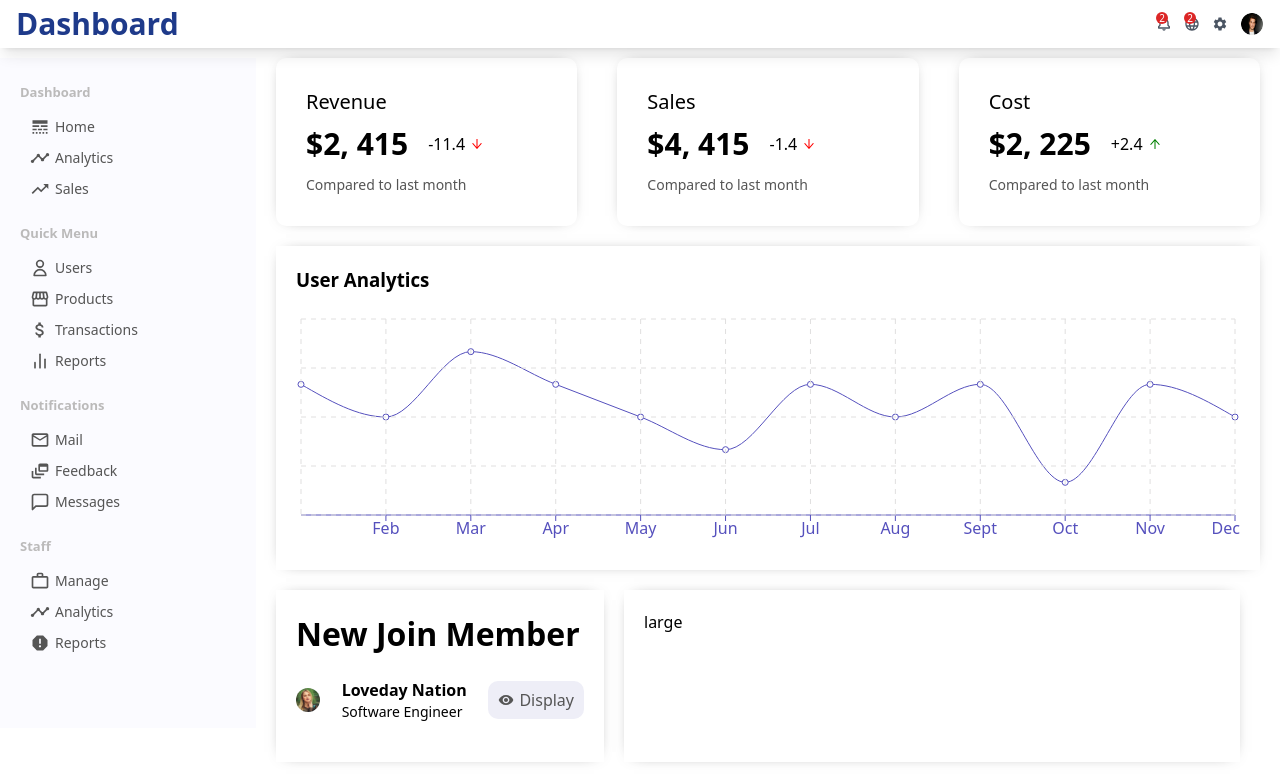
Repository: nation430/React-AdminDashboard
Page: /
The author's editor kept a copy of each file at every save. The page is drawn from the files as they stood at one save, then again after the next save.
The browser window is 1280 px wide. The pictures show the whole page.
The project was rebuilt for these pictures with package versions that can differ from the ones it lists, and the page was loaded fresh each time.

Above is the page before, as saved 2022-08-22 13:21:12.

### public/index.html
<!DOCTYPE html>
<html lang="en">
  <head>
    <meta charset="utf-8" />
    <meta name="viewport" content="width=device-width, initial-scale=1" />
    <meta name="theme-color" content="#000000" />
    <meta
      name="description"
      content="Web site created using create-react-app"
    />
    <link rel="preconnect" href="https://fonts.googleapis.com" />
    <link rel="preconnect" href="https://fonts.gstatic.com" crossorigin />
    <link
      href="https://fonts.googleapis.com/css2?family=Source+Sans+Pro:wght@200;300;400;600;700&display=swap"
      rel="stylesheet"
    />

    <title>React Admin Dashboard</title>
  </head>
  <body>
    <noscript>You need to enable JavaScript to run this app.</noscript>
    <div id="root"></div>
  </body>
</html>

### src/index.css
@tailwind base;
h1 {
  @apply text-2xl;
}
h2 {
  @apply text-xl;
}
h3 {
  @apply text-lg;
}
@tailwind components;
@tailwind utilities;

* {
  margin: 0;
  padding:0;
  box-sizing: border-box;

}

### src/App.js
import Topbar from "./components/topbar/Topbar";
import Sidebar from "./components/sidebar/Sidebar";
import Home from "./pages/home/Home";
import "./app.css";

function App() {
  return (
    <div>
      <Topbar />
      <div className="wrapper flex h-full">
        <Sidebar />
        <Home />
      </div>
    </div>
  );
}

export default App;

### src/components/topbar/Topbar.jsx
import React from "react";
import  "./topbar.css";
import { BiBell } from 'react-icons/bi';
import { MdLanguage, MdSettings  } from "react-icons/md";


export default function Topbar () {
    return(
        <div className="topbar w-full h-12 bg-white sticky top-0 z-50 shadow-lg ">
            <div className="topbarWeapper flex items-center justify-between h-full px-4 py-0">
            <div className="topLeft">
                <span className="logo font-bold text-3xl text-blue-900 cursor-pointer ...">Dashboard</span>
            </div>
            <div className="topRight flex items-center">

                {/* First icon  */}
                <div className="topbarIconsContainer relative cursor-pointer ... ml-3 text-gray-600">
                <BiBell />
                <span className="topIconBadge absolute text-white bg-red-600 right-1 -top-1 flex items-center justify-center rounded-full text-xs h-3 w-3">2</span>
                </div>

                   {/*second icon  */}
                <div className="topbarIconsContainer relative cursor-pointer ... ml-3 text-gray-600">
                <MdLanguage />
                <span className="topIconBadge absolute text-white bg-red-600 right-1 -top-1 flex items-center justify-center rounded-full text-xs h-3 w-3">2</span>
                </div>


                    {/*third icon  */}
                <div className="topbarIconsContainer relative cursor-pointer ... mx-3 text-gray-600">
                < MdSettings  />
                </div>

                <img src="images/img.png" alt="BigCo Inc. logo"  className="topAvater w-6 h-6 rounded-full cursor-pointer ..."/>

            </div>
            </div>
        </div>
    )

}

### src/components/sidebar/Sidebar.jsx
import "./sidebar.css";
import { MdLineStyle, MdOutlineTimeline, MdTrendingUp, MdStorefront, MdAttachMoney, MdOutlineMail, MdDynamicFeed, MdWorkOutline, MdReport} from "react-icons/md";
import { HiOutlineUser} from "react-icons/hi";
import { FiBarChart2, FiMessageSquare} from "react-icons/fi";

export default function sidebar(){
    return(
        <div className="sidebar sticky">
        <div className="sidebarWrapper p-5">
            {/* first sidenavbar */}
            <div className="sidebarMenu mb-2.5">
                <h3 className="sidebarTitle">Dashboard</h3>
                <ul className="sidebarList px-4 py-0">
                    <li className="sidebarListItems flex items-center">
                    <MdLineStyle className="sidebarIcon"/>
                    Home
                    </li>

                    <li className="sidebarListItems flex items-center">
                    <MdOutlineTimeline className="sidebarIcon" />
                    Analytics
                    </li>


                    <li className="sidebarListItems flex items-center">
                    <MdTrendingUp className="sidebarIcon" />
                   Sales
                    </li>
                </ul>
            </div>

            {/* second sidenavbar */}
            <div className="sidebarMenu mb-2.5">
                <h3 className="sidebarTitle">Quick Menu</h3>
                <ul className="sidebarList px-4 py-1">
                    <li className="sidebarListItems flex items-center">
                    <HiOutlineUser className="sidebarIcon" />
                    Users
                    </li>

                    <li className="sidebarListItems flex  items-center" >
                    <MdStorefront className="sidebarIcon" />
                    Products
                    </li>

                    <li className="sidebarListItems flex items-center">
                    <MdAttachMoney className="sidebarIcon" />
                   Transactions
                    </li>


                    <li className="sidebarListItems flex items-center">
                    <FiBarChart2 className="sidebarIcon" />
                   Reports
                    </li>
                </ul>
            </div>

                {/* third sidenavbar */}
                <div className="sidebarMenu mb-2.5">
                <h3 className="sidebarTitle">Notifications</h3>
                <ul className="sidebarList px-4 py-1">
                    <li className="sidebarListItems flex items-center">
                    <MdOutlineMail className="sidebarIcon" />
                    Mail
                    </li>

                    <li className="sidebarListItems flex  items-center" >
                    <MdDynamicFeed className="sidebarIcon" />
                    Feedback
                    </li>

                    <li className="sidebarListItems flex items-center">
                    <FiMessageSquare className="sidebarIcon" />
                   Messages
                    </li>
                </ul>
            </div>

                {/* fourth sidenavbar */}
                <div className="sidebarMenu mb-2.5">
                <h3 className="sidebarTitle">Staff</h3>
                <ul className="sidebarList px-4 py-1">
                    <li className="sidebarListItems flex items-center">
                    <MdWorkOutline className="sidebarIcon" />
                    Manage
                    </li>

                    <li className="sidebarListItems flex  items-center" >
                    <MdOutlineTimeline className="sidebarIcon" />
                    Analytics
                    </li>

                    <li className="sidebarListItems flex items-center">
                    <MdReport className="sidebarIcon" />
                   Reports
                    </li>
                </ul>
            </div>
        </div>
        </div>
    )
}

### src/pages/home/Home.jsx
import "./home.css"
import FeaturedInfo from "../../featuredInfo/featuredInfo"
import Chart from "../../chart/Chart"
import { userData } from "../../dummyData"
import WidgetLg from "../../widgetLg/WidgetLg"
import WidgetSm from "../../widgetSm/WidgetSm"




export default function Home(){
    return (
        <div className="home">
            <FeaturedInfo/>
            <Chart data={userData} dataKey = "Active User" title = "User Analytics" grid/>
            <div className="widget flex m-5">
            <WidgetSm/>
            <WidgetLg/>
            </div>

        </div>
    )
}

### src/app.css

* {
    margin: 0;
    padding:0;
    box-sizing: border-box;

}


h1{
    font-size: 2em ;
    font-weight: bolder;
}

h2{
    font-size: 1.5em ;
    font-weight: bolder;
}

h3{
    font-size: 1.17em ;
    font-weight: bolder;
}

.wrapper{
    margin-top:10px;
}

### src/components/topbar/topbar.css
.text-xs{
    font-size: 10px;
  }

### src/components/sidebar/sidebar.css
.sidebar{
    flex: 1;
    height: calc(100vh - 50px);
    top:50px;
    background:rgb(251, 251, 255);
}

.sidebarWrapper{
    color: #555;
}

.sidebarTitle{
    font-size: 13px;
    color:rgb(187, 186, 186);
}

.sidebarList{
    padding:5px;
    font-size: 14px;;
}


.sidebarListItems {
    padding:5px;
    cursor: pointer;
    border-radius: 10px;
}

.sidebarListItems.active,
.sidebarListItems:hover{
    background:rgb(228, 228, 250);
}

.sidebarIcon{
    margin-right:5px;
    font-size:20px;
}

### src/pages/home/home.css
.home {
    flex:4;

}

### src/featuredInfo/featuredInfo.jsx
import "./featuredInfo.css"
import { AiOutlineArrowDown, AiOutlineArrowUp} from "react-icons/ai";

export default function fearturedInfo(){
    return (
        <div className="featured w-full flex justify-between">
            {/* first feature */}
            <div className="featuredItem">
                <span className="featuredTitle text-xl">Revenue</span>
                <div className="featuredMoneyContainer flex ">
                    <span className="featuredMoney font-semibold text-3xl">$2, 415</span>
                    <span className="featuredMonetRate flex items-center">-11.4
                    <AiOutlineArrowDown className="featuredIcon negative"/>
                    </span>
                </div>
                <span className="featuredSub">Compared to last month</span>
            </div>

            {/* second feature */}
              <div className="featuredItem">
                <span className="featuredTitle text-xl">Sales</span>
                <div className="featuredMoneyContainer flex">
                    <span className="featuredMoney font-semibold text-3xl">$4, 415</span>
                    <span className="featuredMonetRate flex items-center">-1.4
                    <AiOutlineArrowDown className="featuredIcon negative"/>
                    </span>
                </div>
                <span className="featuredSub">Compared to last month</span>
            </div>

            {/* third feature */}
            <div className="featuredItem">
                <span className="featuredTitle text-xl">Cost</span>
                <div className="featuredMoneyContainer flex">
                    <span className="featuredMoney font-semibold text-3xl">$2, 225</span>
                    <span className="featuredMonetRate flex items-center">+2.4
                    <AiOutlineArrowUp className="featuredIcon"/>
                    </span>
                </div>
                <span className="featuredSub">Compared to last month</span>
            </div>
        </div>
    )
}

### src/chart/Chart.jsx
import "./chart.css"
import { LineChart, Line, XAxis, CartesianGrid, Tooltip, ResponsiveContainer } from 'recharts';

export default function Chart({title, data, dataKey, grid}){

    return(
        <div className="chart p-5 m-5">
            <h3 className="chartfile mb-5">{title}</h3>
            <ResponsiveContainer width="100%" aspect={4 / 1}>
        <LineChart data={data}>
          <XAxis dataKey="name" stroke="#5550bd" />
          <Line type="monotone" dataKey={dataKey} stroke="#5550bd" />
          <Tooltip />
     {  grid && <CartesianGrid strokeDasharray="5 5" stroke="#e0dfdf" />}
        </LineChart>
      </ResponsiveContainer>
        </div>
    )
}

### src/dummyData.js
export const userData = [
  {
    name: "Jan",
    "Active User": 4000,
  },
  {
    name: "Feb",
    "Active User": 3000,
  },
  {
    name: "Mar",
    "Active User": 5000,
  },
  {
    name: "Apr",
    "Active User": 4000,
  },
  {
    name: "May",
    "Active User": 3000,
  },
  {
    name: "Jun",
    "Active User": 2000,
  },
  {
    name: "Jul",
    "Active User": 4000,
  },
  {
    name: "Aug",
    "Active User": 3000,
  },
  {
    name: "Sept",
    "Active User": 4000,
  },
  {
    name: "Oct",
    "Active User": 1000,
  },
  {
    name: "Nov",
    "Active User": 4000,
  },
  {
    name: "Dec",
    "Active User": 3000,
  },
];

### src/widgetLg/WidgetLg.jsx
import "./widgetLg.css"

export default function widgetLg(){
    return(
        <div className="widgetLg p-5 mr-5">
            large
        </div>
    )
}

### src/widgetSm/WidgetSm.jsx
import "./widgetSm.css"
import {MdVisibility  } from "react-icons/md";

export default function widgetSm(){
    return(
        <div className="widgetSm p-5 mr-5">
            <span className="widgetSmTitle font-semibold">New Join Member</span>
            <ul className="widgetSmList m-0 p-0">
                <li className="widgetSmListItem flex items-center justify-between">
                <img src="images/member1.jpg" alt="MemberImg"  className="memberAvater w-6 h-6 rounded-full object-cover"/>
                <div className="widegetSmUser flex flex-col	">
                <span className="widgetSmUsername font-semibold">Loveday Nation</span>
                 <span className="widgetSmUserTitle font-light text-sm">Software Engineer</span>
                </div>
                <button type="button" className="widgetSmButton flex items-center border-none">
               <MdVisibility className="widgetSmIcon text-base"/>
               Display
                </button>
                </li>
            </ul>
        </div>
    )
}

### src/featuredInfo/featuredInfo.css
.featuredItem{
    flex: 1;
    margin:0px 20px;
    padding:30px;
    border-radius: 10px;
    cursor: pointer;
    box-shadow: 0px 0px 15px -10px rgba(0,0,0,0.75);
-webkit-box-shadow:0px 0px 15px -10px rgba(0,0,0,0.75);
-moz-box-shadow: 0px 0px 15px -10px rgba(0,0,0,0.75);
}

.featuredMoneyContainer{
    margin:10px 0px;
}

.featuredMonetRate{
    margin-left: 20px;

}

.featuredIcon{
    font-size: 14px;
    margin-left:5px;
    color:green;
}

.featuredIcon.negative{
    color:red;
}


.featuredSub{
    font-size: 14px;
    color:#555;
}

### src/chart/chart.css
.chart{
    box-shadow: 0px 0px 15px -10px rgba(0,0,0,0.75);
    -webkit-box-shadow:0px 0px 15px -10px rgba(0,0,0,0.75);
    -moz-box-shadow: 0px 0px 15px -10px rgba(0,0,0,0.75);
}

### src/widgetLg/widgetLg.css
.widgetLg{
    flex: 2;
    box-shadow: 0px 0px 15px -10px rgba(0,0,0,0.75);
    -webkit-box-shadow:0px 0px 15px -10px rgba(0,0,0,0.75);
    -moz-box-shadow: 0px 0px 15px -10px rgba(0,0,0,0.75);

}

### src/widgetSm/widgetSm.css
.widgetSm{
    flex: 1;
    box-shadow: 0px 0px 15px -10px rgba(0,0,0,0.75);
    -webkit-box-shadow:0px 0px 15px -10px rgba(0,0,0,0.75);
    -moz-box-shadow: 0px 0px 15px -10px rgba(36, 19, 19, 0.75);
}

.widgetSmTitle{
    font-size: 32px;
}

.widgetSmListItem{
    margin: 20px 0px;
}

.widgetSmButton{
    padding:7px 10px;
    background: #eeeef7;
    color:#555;
    border-radius: 10px;
}

.widgetSmIcon {
    margin-right: 5px;
}

Loaded but not shown: src/index.js (common file); tailwind.config.js (common file)

After the next save:
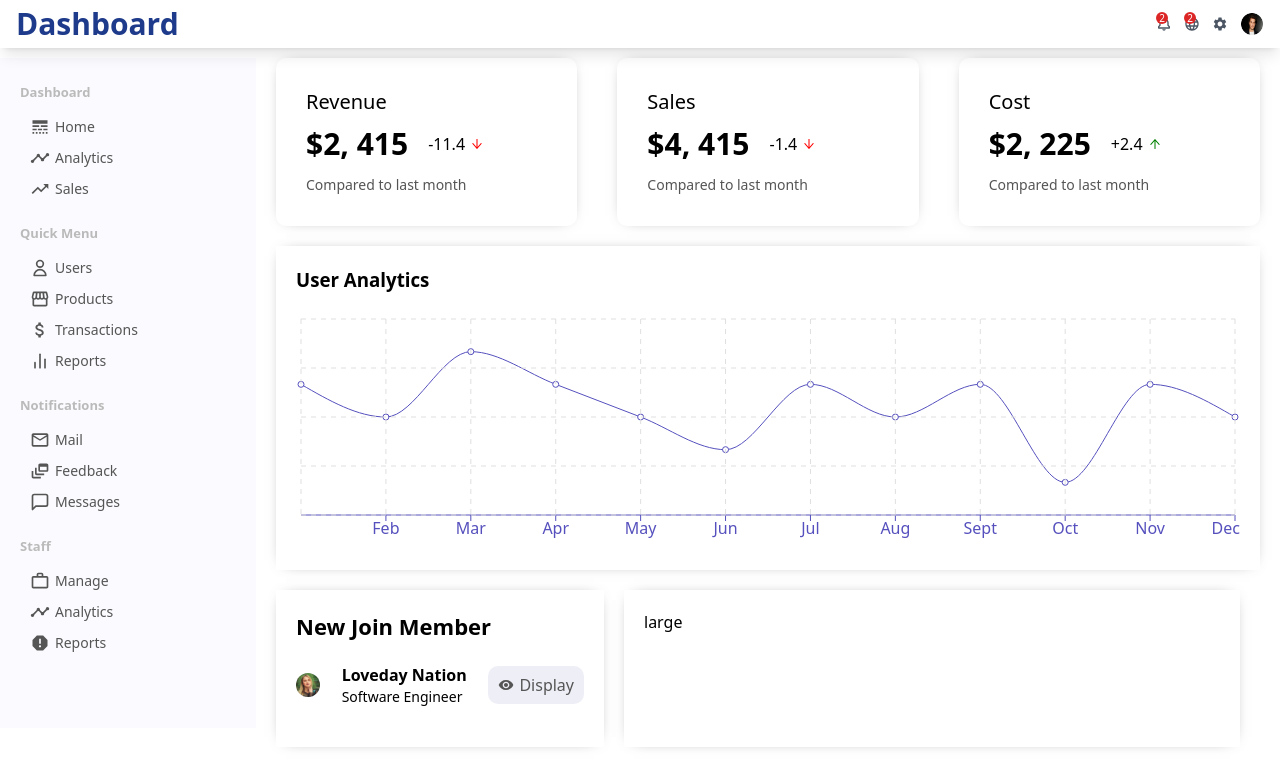
Saved 102 s later.
--- a/src/widgetSm/widgetSm.css
+++ b/src/widgetSm/widgetSm.css
@@ -6,7 +6,7 @@
 }
 
 .widgetSmTitle{
-    font-size: 32px;
+    font-size: 22px;
 }
 
 .widgetSmListItem{
